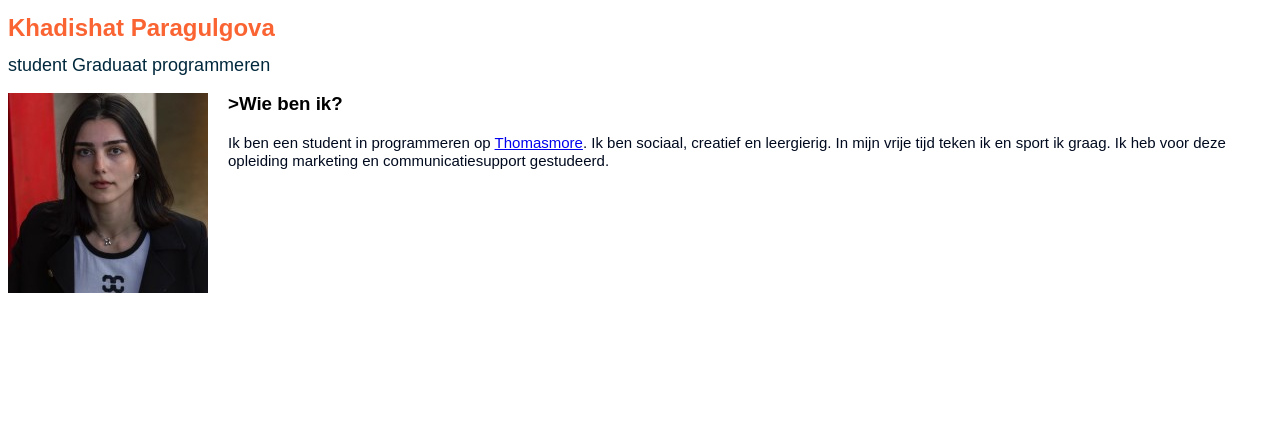
Repository: khadishat00/portfolio
Page: index.html
The author's editor kept a copy of each file at every save. The page is drawn from the files as they stood at one save, then again after a run of saves.
The browser window is 1280 px wide. The pictures show the whole page.

Above is the page before, as saved 2026-09-24 14:37:37.

After the next 6 saves:
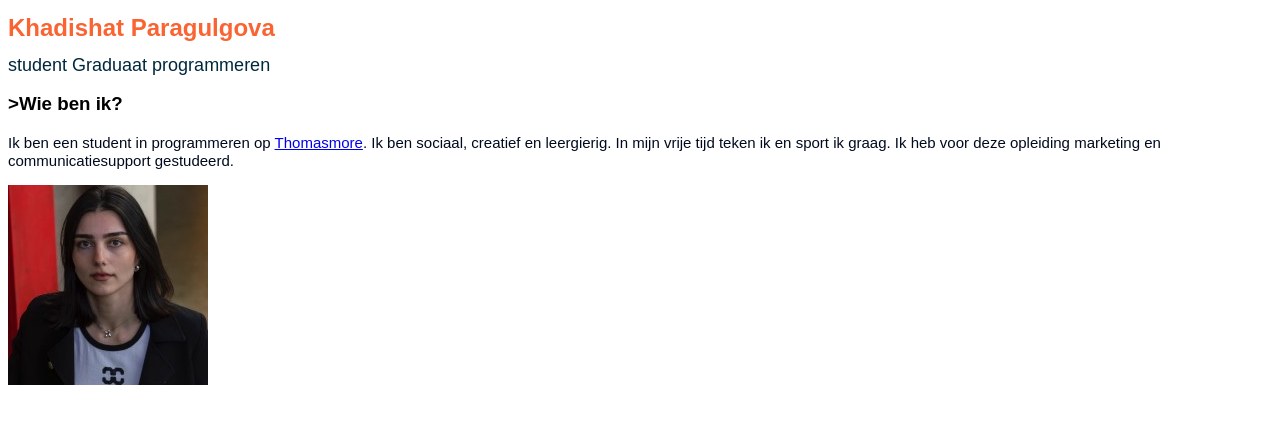
The 6 saves are shown as one change because they came seconds apart.
The last was saved 20 s later.
--- a/index.html
+++ b/index.html
@@ -42,15 +42,15 @@ img {
   <body>
     <h1>Khadishat Paragulgova</h1>
     <h2>student Graduaat programmeren</h2>
-    <h3>>Wie ben ik?<figure>
-  <img src="profielfoto.jpg" alt="Mijn profielfoto" />
-</figure></h3>
+    <h3>>Wie ben ik?</h3>
 
     <p>
       Ik ben een student in programmeren op
       <a href="https://thomasmore.be/nl">Thomasmore</a>. Ik ben sociaal,
       creatief en leergierig. In mijn vrije tijd teken ik en sport ik graag. Ik
       heb voor deze opleiding marketing en communicatiesupport gestudeerd.
-    </p>
+   <figure>
+  <img src="profielfoto.jpg" alt="Mijn profielfoto" />
+</figure> </p>
   </body>
 </html>
